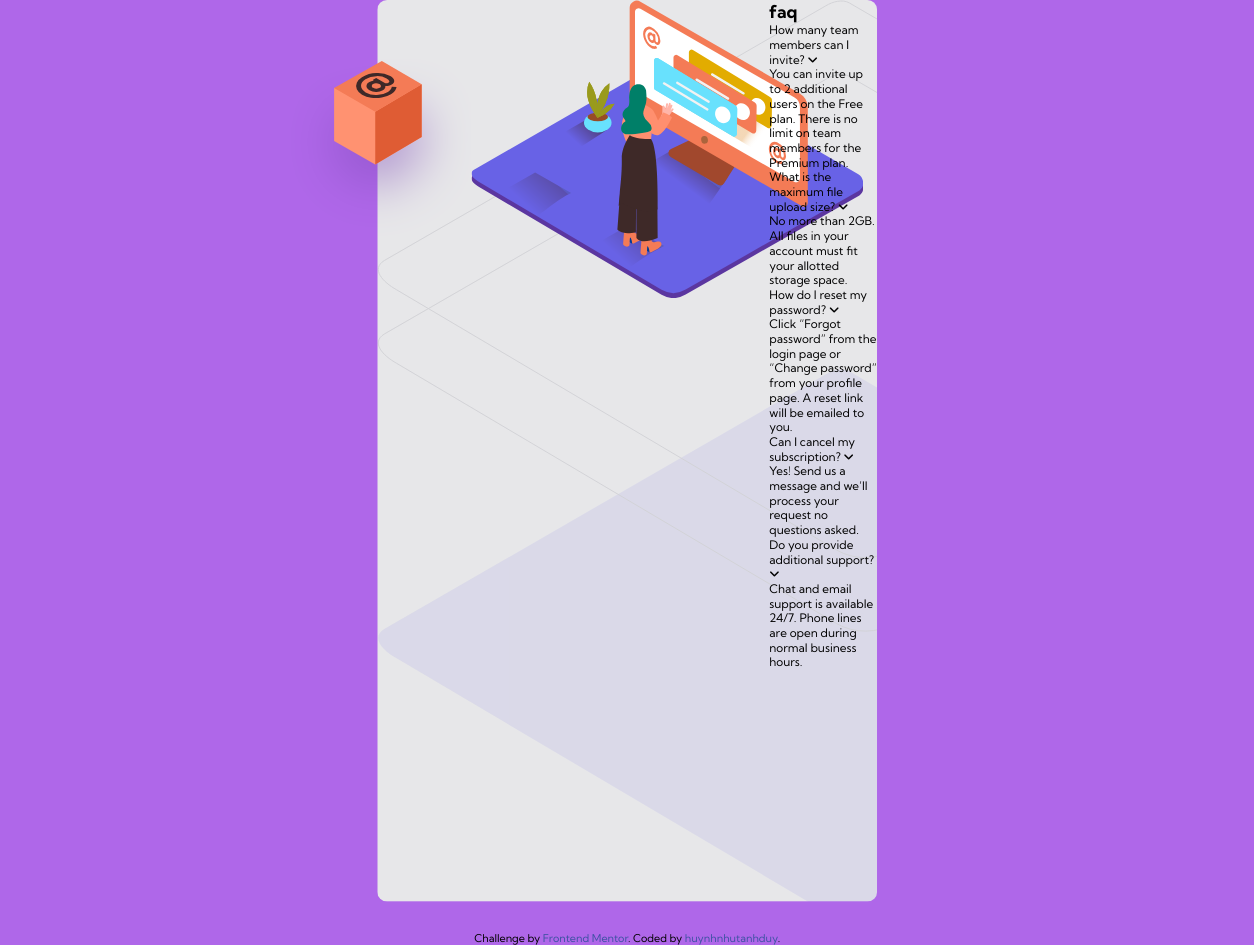
Repository: huynhnhutanhduy/faq-accordion-card
Page: index.html
These files come from the project's save history. The page is drawn as it stood at one moment and after the next save; the edit follows.
The browser window is 1280 px wide. The pictures show the whole page, at 98% of full size.

Above is the page before, as saved 2022-10-20 13:33:00.

After the next save:
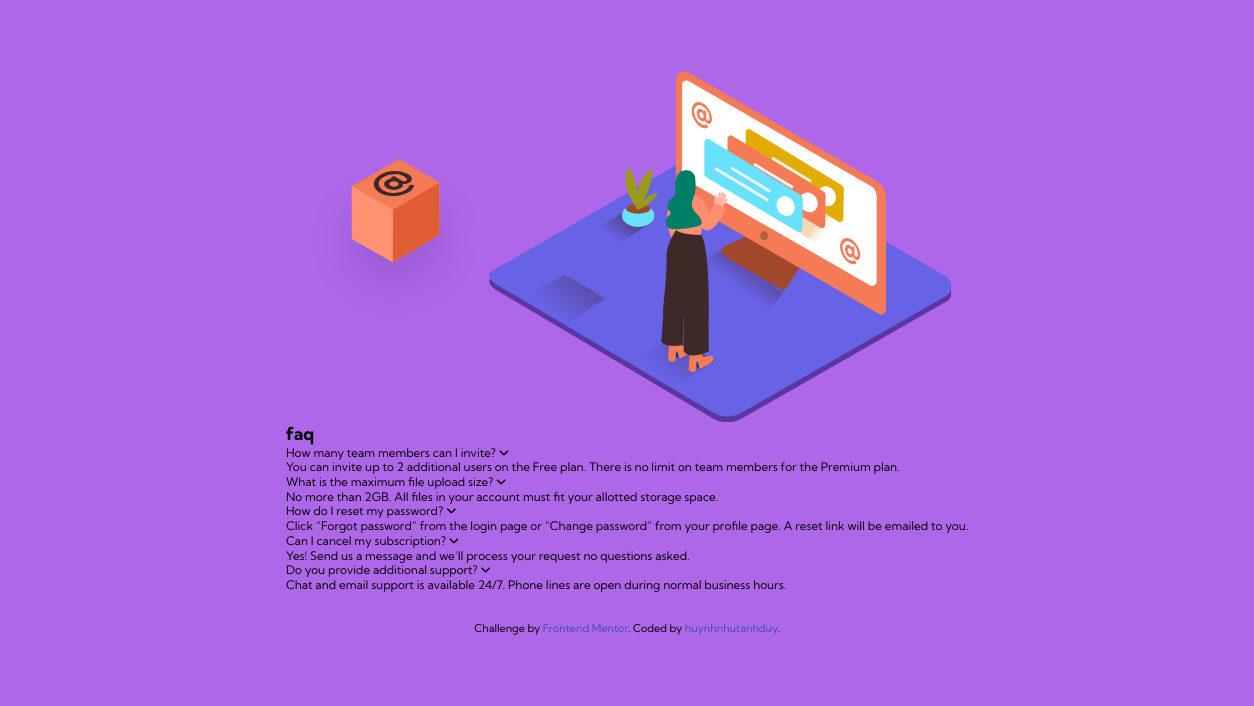
Saved 8 s later.
--- a/app.css
+++ b/app.css
@@ -51,11 +51,9 @@ img {
 .card {
   border-radius: 1rem;
   margin-bottom: 3rem;
-  background: var(--light-grayish-blue) url("./images/bg-pattern-desktop.svg") no-repeat;
+  /* background: var(--light-grayish-blue) url("./images/bg-pattern-desktop.svg") no-repeat;
   /* background-position-x: -700px;
-  background-position-y: -300px; */
-  width: 51rem;
-  height: 92rem;
+  background-position-y: -300px; */ */
   display: grid;
   grid-template-columns: 400px 1fr;
 }
